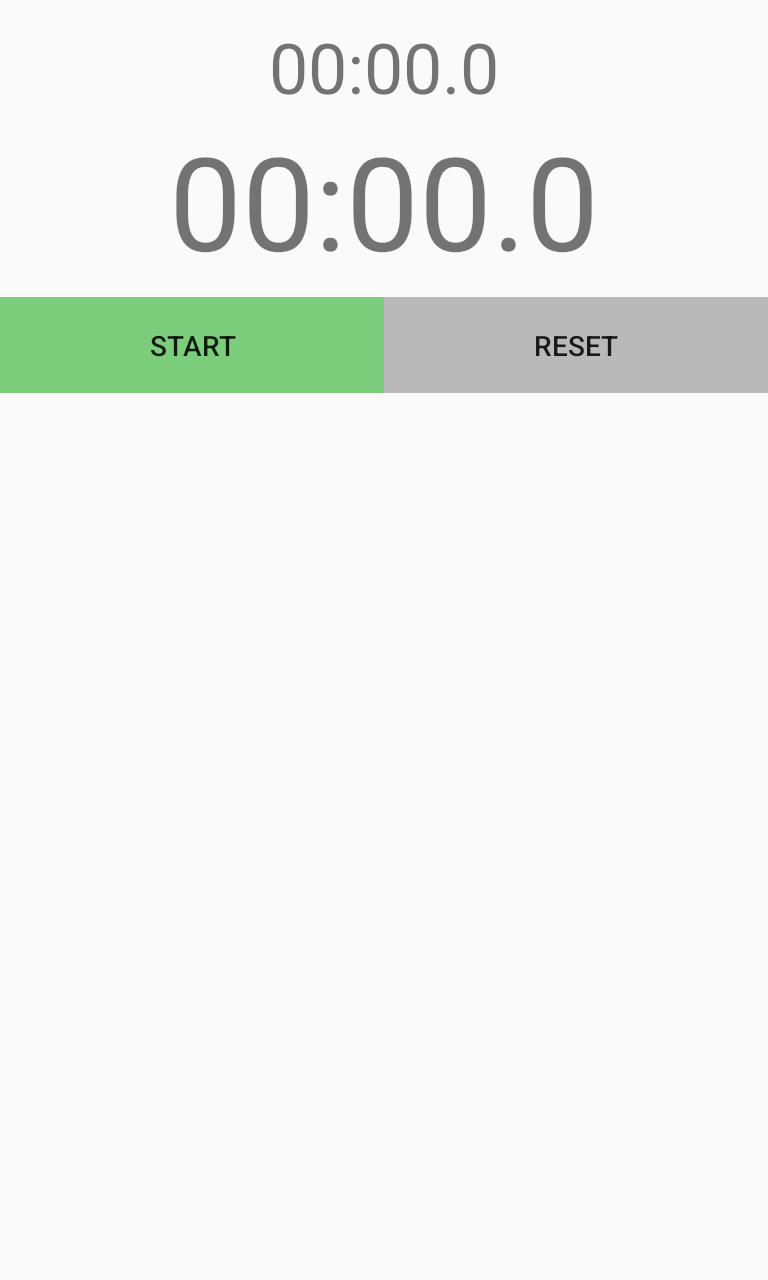
Repository: GitDidNotExitCleanly/AndroidTimer
Layout: G54MDP_Stopwatch/res/layout/fragment_stopwatch.xml
An editor plug-in stored every save of this project. The layout is shown before and after the next save, followed by the edit.
It is drawn on a 768 x 1280 px phone screen (xhdpi) without system bars, with theme AppTheme; the app's code is not run. Lists and similar views that code fills are empty.

Above is the layout before, as saved 2015-03-07 02:11:18.

### G54MDP_Stopwatch/res/layout/fragment_stopwatch.xml
<?xml version="1.0" encoding="utf-8"?>
<LinearLayout xmlns:android="http://schemas.android.com/apk/res/android"
    android:layout_width="match_parent"
    android:layout_height="match_parent"
    android:gravity="center_horizontal"
    android:orientation="vertical" >

        <LinearLayout
            android:layout_width="fill_parent"
            android:layout_height="wrap_content"
            android:gravity="center_horizontal"
            android:orientation="vertical" >

	        <TextView
	            android:id="@+id/smallTime"
	            android:layout_width="wrap_content"
	            android:layout_height="wrap_content"
	            android:text="00:00.0"
	            android:textSize="@dimen/stopwatch_small_time"
	            android:paddingTop="10dp" />

	        <TextView
	            android:id="@+id/largeTime"
	            android:layout_width="wrap_content"
	            android:layout_height="wrap_content"
	            android:text="00:00.0"
	            android:textSize="@dimen/stopwatch_large_time"
	            android:paddingBottom="5dp" />

	        <LinearLayout
	            android:layout_width="match_parent"
	            android:layout_height="wrap_content"
	            android:gravity="center_horizontal"
	            android:orientation="horizontal"
	             >

	            <Button
	                android:id="@+id/start_stop"
	                android:layout_width="wrap_content"
	                android:layout_height="wrap_content"
	                android:layout_weight="1"
	                android:text="Start"
	                android:background="#7CCD7C" />

	            <Button
	                android:id="@+id/reset_lap"
	                android:layout_width="wrap_content"
	                android:layout_height="wrap_content"
	                android:layout_weight="1"
	                android:text="Reset"
	                android:background="#B9B9B9" />

	        </LinearLayout>
    </LinearLayout>

    <ListView
        android:id="@+id/timeList"
        android:layout_width="fill_parent"
        android:layout_height="wrap_content"
        android:layout_gravity="center_horizontal" >

    </ListView>

</LinearLayout>

### G54MDP_Stopwatch/res/values/dimens.xml
<resources>

    <!-- Default screen margins, per the Android Design guidelines. -->
    <dimen name="activity_horizontal_margin">16dp</dimen>
    <dimen name="activity_vertical_margin">16dp</dimen>
    <dimen name="stopwatch_large_time">65dp</dimen><dimen name="stopwatch_small_time">35dp</dimen>

</resources>

Loaded but not shown: G54MDP_Stopwatch/res/values/styles.xml (common file); G54MDP_Stopwatch/res/values-v11/styles.xml (common file); G54MDP_Stopwatch/res/values-v14/styles.xml (common file)

After the next save:
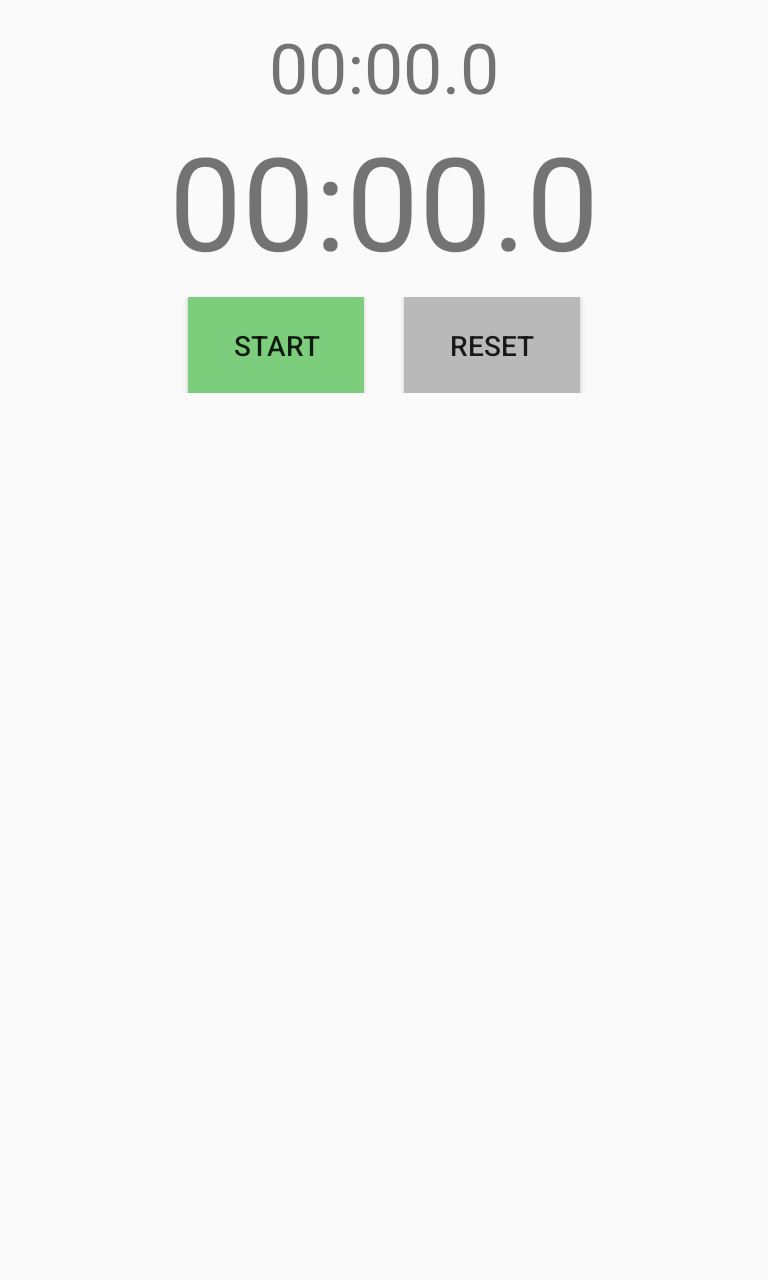
Saved 46 s later.
--- a/G54MDP_Stopwatch/res/layout/fragment_stopwatch.xml
+++ b/G54MDP_Stopwatch/res/layout/fragment_stopwatch.xml
@@ -38,16 +38,16 @@
 	                android:id="@+id/start_stop"
 	                android:layout_width="wrap_content"
 	                android:layout_height="wrap_content"
-	                android:layout_weight="1"
 	                android:text="Start"
+	                android:layout_marginRight="10dp"
 	                android:background="#7CCD7C" />
 
 	            <Button
 	                android:id="@+id/reset_lap"
 	                android:layout_width="wrap_content"
 	                android:layout_height="wrap_content"
-	                android:layout_weight="1"
 	                android:text="Reset"
+	                android:layout_marginLeft="10dp"
 	                android:background="#B9B9B9" />
 
 	        </LinearLayout>
